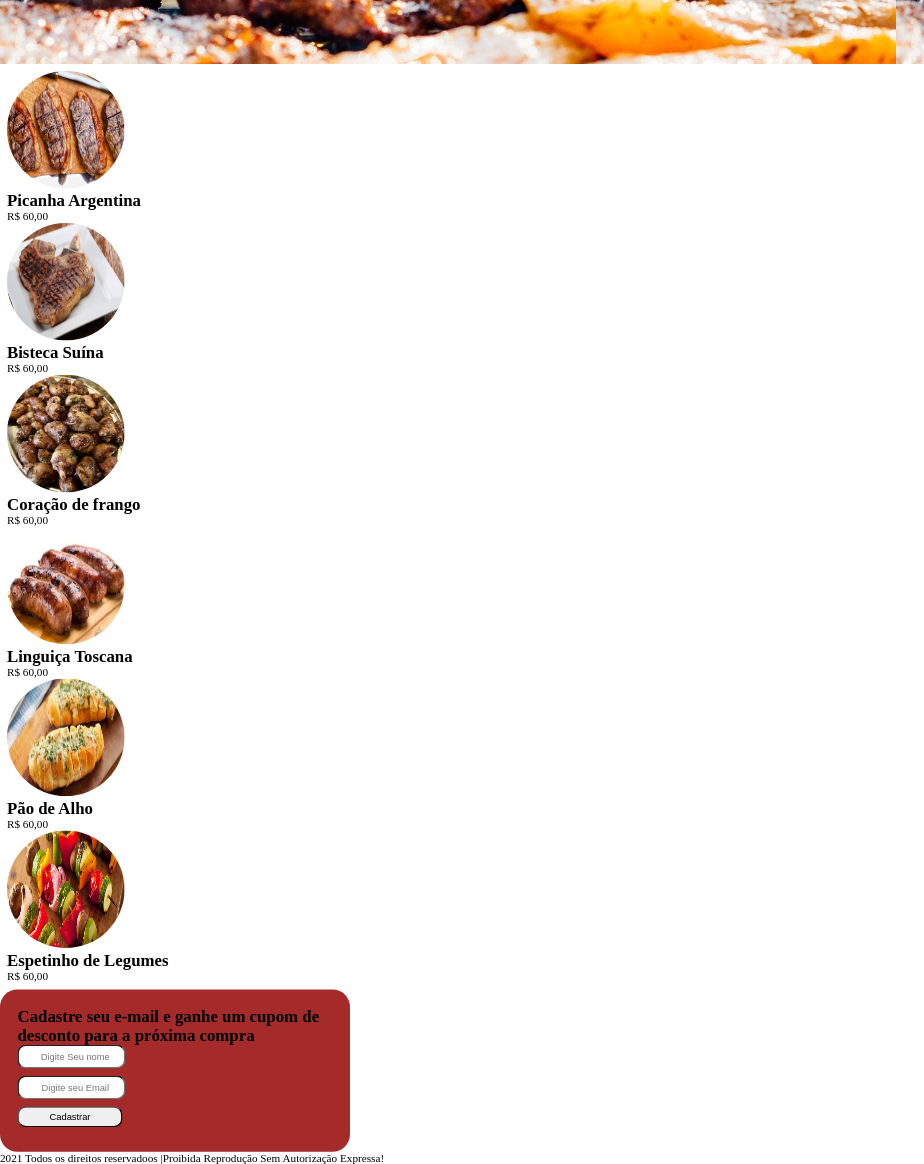
Repository: PauloMarquess/ProjetoBlackFriday
Page: index.html
An editor plug-in stored every save of this project. The page is shown before and after the next save, followed by the edit.
The browser window is 1280 px wide. The page is 1320 px wide, so the pictures cover 1320 px, including what lies to the right of the window. The pictures show the part of the page from y = 739 to 2619 px (the page is 2402 px tall before and 2619 px after), at 70% of full size.

Above is the page before, as saved 2021-07-15 16:46:24.

### index.html
<!DOCTYPE html>
<html lang="pt-Br">

<head>
    <meta charset="UTF-8">
    <meta http-equiv="X-UA-Compatible" content="IE=edge">
    <meta name="viewport" content="width=device-width, initial-scale=1.0">
    <link rel="stylesheet" href="./css/style.css">
    <title>Churrascão do Paulão</title>
</head>

<body>
    <nav class="menu">
        <ul>
            <li><a href="#">Inicio</a></li>
            <li><a href="#">Sobre</a></li>
            <li><a href="#">Promoções</a></li>
            <li><a href="#">Cadastre-se</a></li>
        </ul>
    </nav>

    <section class="container background-section">
        <img src="./img/icone.jpeg ">
        <h3>Não é só a grama do vizinho que é sempre mais verde, o churrasco dele também é sempre mais cheiroso.</h3>
        <p>Supreenda seus amigos naquele domingão ,aproveite a semana de promoção do churrascão do Paulão !</p>

    </section>
<div class="produtos">
    <section">
        <img src="./img/picanha.jpg" alt="Picanha Argentina">
        <h2>Picanha Argentina</h2>
        <p>R$ 60,00</p>
    </section>

    <section">
        <img src="./img/bisteca_suina.jpg" alt="Bisteca Suína">
        <h2>Bisteca Suína</h2>
        <p>R$ 60,00</p>
    </section>

    <section">
        <img src="./img/Coração-De-Frango.jpg" alt="Coração de frango">
        <h2>Coração de frango</h2>
        <p>R$ 60,00</p>
    </section>

    <section">
        <img src="./img/linguica_toscana.jpg" alt="Linguiça Toscana">
        <h2>Linguiça Toscana</h2>
        <p>R$ 60,00</p>
    </section>

    <section">
        <img src="./img/pao-de-alho.jpg" alt="Pão de alho">
        <h2>Pão de Alho</h2>
        <p>R$ 60,00</p>
    </section>

    <section">
        <img src="./img/espetinho_de_legumes.jpeg" alt="Espetinho de Legumes">
        <h2>Espetinho de Legumes</h2>
        <p>R$ 60,00</p>
    </section>

</div>

    <section class="formulario">
        <h2>Cadastre seu e-mail e ganhe um cupom de desconto para a próxima compra</h2>
        <div id="content">
            <form id="form">
                <input type="text" placeholder="   Digite Seu nome" id="name">
                <input type="email" placeholder="   Digite seu Email" id="email">
                <input type="submit" value="Cadastrar">

            </form>
        </div>
    </section>
    <footer>2021 Todos os direitos reservadoos |Proibida Reprodução Sem Autorização Expressa!</footer>

</body>
<script src="./script.js"></script>

</html>

### css/style.css
* {
    padding: 0;
    margin:0;
    list-style: none;
    text-decoration: none;

}
html{
    scroll-behavior: smooth;
}

.menu ul li {
    display: inline-block;
    width: 200px;
    height: 30px;
    padding: 20px;


}


.container{
    width: 100%;
    height: 100vh;
    display: inline-block;
    align-items: center;
    color: black;
    font-size: 20px;
    padding: 20px;
}
.container img {
    width: 200px;
    height: 200px;
    border-radius: 25px;
    opacity: 90%;
}
.background-section {
    background-image: url(../img/barbecue-820010_1280.jpg)

}


.formulario {
    background-color: brown;
    border-radius: 25px;
    padding: 25px;
    align-items: center;
    max-width: 450px;
}
.formulario form {

    display: grid;
    width: 150px;
    align-items: center;
}
input {
    width: 100%;
    border-radius: 12px;
   height: 30px;
   margin-bottom: 10px;
   text-align: center;
}

.produtos {
    padding: 10px;
    display: inline-block;
}
.produtos img{
    width: 168px;
     height: 168px;
     border-radius: 103%;
}

### script.js
const form = document.getElementById ('form')

form.addEventListener('submit',(e) =>{
    e.preventDefault()
    let nome =document.getElementById('name').value;
    let email =document.getElementById('email').value;
    console.log(nome,email)
    let data ={
        nome,email,
    }
let converteData =JSON.stringify(data);
localStorage.setItem('lead',converteData)

let content = document.getElementById('content')

let carregando = `<p>carregando...</p>`

let enviado =`<p>Cadastrado com sucesso</p>`

content.innerHTML =carregando

setTimeout(() => {
content.innerHTML = enviado
},1500)

})

After the next save:
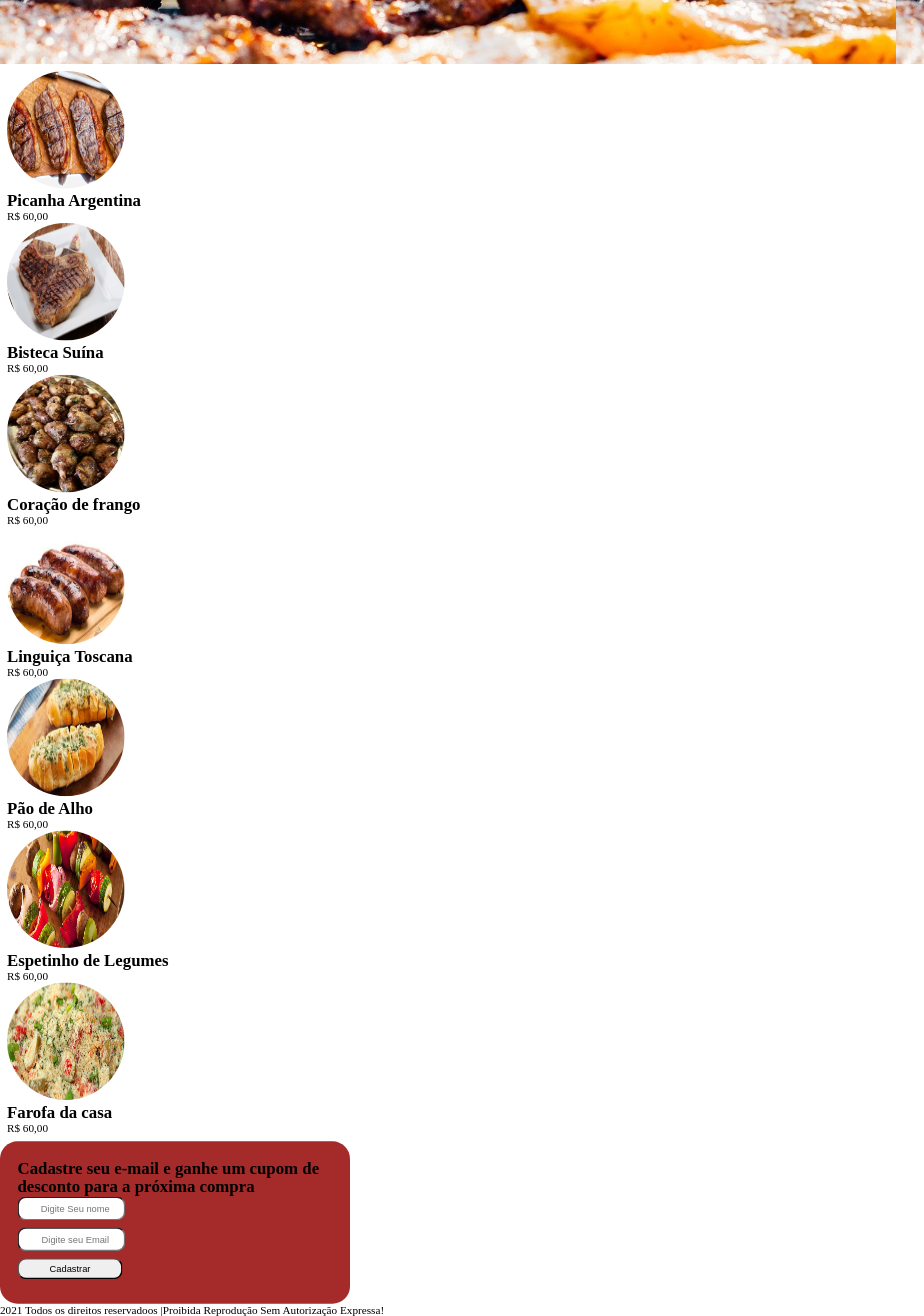
Saved 81 s later.
--- a/index.html
+++ b/index.html
@@ -62,6 +62,12 @@
         <p>R$ 60,00</p>
     </section>
 
+    <section">
+        <img src="./img/farofa-leve-para-churrasco.jpg" alt="Farofa da casa">
+        <h2>Farofa da casa</h2>
+        <p>R$ 60,00</p>
+    </section>
+
 </div>
 
     <section class="formulario">
